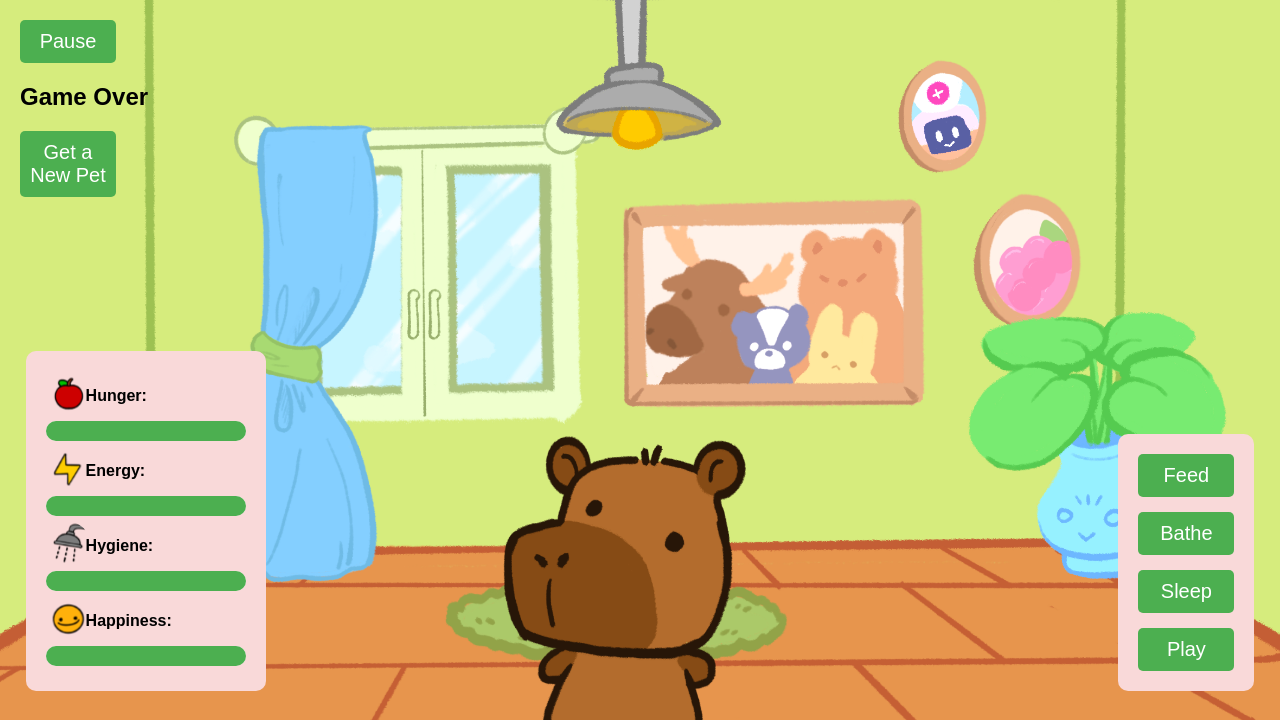
Repository: sarahjx/CapyCare
Page: html/index.html
An editor plug-in stored every save of this project. The page is shown before and after the next save, followed by the edit.
The browser window is 1280 px wide. The pictures show the whole page.
Some web fonts or font styles are not loaded; a fallback is used.

Above is the page before, as saved 2025-05-01 14:37:12.
Console error: TypeError: Cannot set properties of null (setting 'innerText')

### html/index.html
<!-- @format -->

<!DOCTYPE html>
<html lang="en">
  <head>
    <meta charset="UTF-8" />
    <meta name="viewport" content="width=device-width, initial-scale=1.0" />
    <title>Virtual Pet Game</title>
    <link rel="preconnect" href="https://fonts.googleapis.com">
    <link rel="preconnect" href="https://fonts.gstatic.com" crossorigin>
    <link href="https://fonts.googleapis.com/css2?family=McLaren&display=swap" rel="stylesheet">
    <link rel="stylesheet" href="../css/statusbar.css" />
  </head>
  <body>

    <div class="pet-container">
      <img class="pet-image" src="../images/capybara.png" alt="capybara" />
    </div>

    <div class="status-bar-container">

      <div class="status-bar">
        <div class="status-icon-container">
        <span class="hunger-icon"><img src="../images/hunger.svg" alt="hunger icon"></span>
        <span class="status-label">Hunger:</span>
        </div>
        <div class="status-progress">
          <div id="hunger-fill" class="status-fill"></div>
        </div>
        <div id="hunger-warning" class="warning"></div>
      </div>

      <div class="status-bar">
        <div class="status-icon-container">
        <span class="energy-icon"><img src="../images/energy.svg" alt="energy icon"></span>
        <span class="status-label">Energy:</span>
        </div>
        <div class="status-progress">
          <div id="energy-fill" class="status-fill"></div>
        </div>
        <div id="energy-warning" class="warning"></div>
      </div>

      <div class="status-bar">
        <div class="status-icon-container">
        <span class="hygiene-icon"><img src="../images/hygiene.svg" alt="hygiene icon"></span>
        <span class="status-label">Hygiene:</span>
        </div>
        <div class="status-progress">
          <div id="hygiene-fill" class="status-fill"></div>
        </div>
        <div id="hygiene-warning" class="warning"></div>
      </div>

      <div class="status-bar">
        <div class="status-icon-container">
        <span class="happiness-icon"><img src="../images/happiness.svg" alt="hygiene icon"></span>
        <span class="status-label">Happiness:</span>
        </div>
        <div class="status-progress">
          <div id="happiness-fill" class="status-fill"></div>
        </div>
        <div id="happiness-warning" class="warning"></div>
      </div>
    </div>

      <div class="action-buttons">
        <button onclick="feedPet(currentPet)">Feed</button>
        <button onclick="bathePet(currentPet)">Bathe</button>
        <button onclick="bedtime(currentPet)">Sleep</button>
        <button onclick="touchPet(currentPet)">Play</button>
      </div>
      <button id="pauseButton" onclick="togglePause()" class="pause-button">
        Pause
      </button>
    </div>

    <div id="gameOverScreen" class="game-over-screen">
      <div class="game-over-content">
        <h2>Game Over</h2>
        <p id="gameOverMessage"></p>
        <button onclick="resetGame()">Get a New Pet</button>
      </div>
    </div>

    <script src="../backend/status.js"></script>
  </body>
</html>

### css/statusbar.css
/** @format */

:root {
  --primary-color: #f9d9d9;
  --secondary-color: #d9e7f9;
  --tertiary-color: #fff1fb;
  --accent-color: #f7efd7;
  --text-color: #333;
  --spacing-xs: 0.5rem;
  --spacing-sm: 0.75rem;
  --spacing-md: 1rem;
  --spacing-lg: 1.5rem;
  --spacing-xl: 2rem;
  --spacing-xxl: 3rem;
  --font-family: "McLaren", sans-serif;
  --font-size-xs: 0.75rem;
  --font-size-sm: 0.875rem;
  --font-size-md: 1rem;
  --font-size-lg: 1.125rem;
  --font-size-xl: 1.25rem;
  --font-size-xxl: 1.5rem;
}

body {
  font-family: var(--font-family);
  margin: 0 auto;
  padding: 20px;
  background-image: url("../images/room.png");
  background-size: cover;
  background-repeat: no-repeat;
  background-attachment: fixed;
  background-position: center;
}

.pet-container {
  display: flex;
  flex-direction: column;
  align-items: center;
  justify-content: center;
}

.pet-image {
  transform: scale(0.3);
  position: fixed;
  margin-top: 1200px;
}

.status-bar-container {
  position: fixed;
  background-color: var(--primary-color);
  padding: 20px;
  border-radius: 10px;
  display: inline-flex;
  flex-direction: column;
  bottom: 4%;
  left: 2%;
}

.status-icon-container {
  display: flex;
  align-items: center;
  margin-bottom: 0;
}

.hunger-icon,
.energy-icon,
.happiness-icon,
.hygiene-icon {
  width: 10px;
  height: auto;
  margin-right: 30px;
}

.status-bar {
  margin: 0;
}

.status-label {
  display: inline-block;
  width: 100px;
  font-weight: bold;
  margin: 0;
}

.status-progress {
  width: 200px;
  height: 20px;
  background-color: #ffffff;
  border-radius: 10px;
  overflow: hidden;
  position: relative;
}

.status-fill {
  height: 100%;
  width: 100%;
  position: absolute;
  left: 0;
  top: 0;
  background-color: #4caf50;
  transition: width 0.3s ease;
}

.status-row {
  display: flex;
  align-items: center;
  gap: 10px;
  margin-bottom: 10px;
}

.status-icon {
  width: 24px;
  height: 24px;
}

.status-value {
  min-width: 50px;
  text-align: right;
  font-weight: bold;
  color: #333;
}

.action-buttons {
  margin-top: 20px;
  display: inline-flex;
  flex-direction: column;
  padding: 20px;
  border-radius: 10px;
  gap: 15px;
  background-color: var(--primary-color);
  position: fixed;
  right: 2%;
  bottom: 4%;
}

button {
  padding: 10px;
  border: none;
  border-radius: 5px;
  background-color: #4caf50;
  color: white;
  cursor: pointer;
  transition: background-color 0.3s;
  width: 6rem;
  font-family: var(--font-family);
  font-weight: 7pt;
  font-size: var(--font-size-xl);
}

button:hover {
  background-color: #45a049;
}

.warning {
  color: #ff9800;
  font-weight: bold;
  margin-top: 5px;
}

.critical {
  color: #f44336;
  font-weight: bold;
  margin-top: 5px;
}

.hidden {
  display: none;
}

.game-over-screen {
  display: hidden;
  position: fixed;

}

### backend/status.js
/** @format */

function Personality(favFood, active, clean, clingy, foodLover, introText) {
  this.favFood = favFood;
  this.active = active;
  this.clean = clean;
  this.clingy = clingy;
  this.foodLover = foodLover;
  this.intro = introText;
}

const mix1 = new Personality(
  "Sunfruit",
  true,
  true,
  true,
  true,
  "This pet is energetic and playful, always ready to explore or play. They love the taste of Sunfruit and will happily eat it when offered, but they'll need constant attention, so expect lots of petting and cuddling. Despite their active nature, they stay clean and are easy to bathe. This pet loves affection and will return it in kind!"
);
const mix2 = new Personality(
  "Snakberry",
  true,
  true,
  false,
  true,
  "This pet is full of energy and loves to make the most of their days. They are particularly fond of Snakberries, which they will devour happily, but they tend to get hungry more often due to their high energy levels. Despite their active nature, they keep themselves clean and are easy to bathe. They're not overly clingy, so while they'll happily spend time with you, they won't be demanding affection constantly."
);
const mix3 = new Personality(
  "Dreamleaf",
  false,
  false,
  true,
  false,
  "This pet is laid-back and enjoys spending time with you, always seeking your company. They love Dreamleaf as a treat, but they're not particularly food-driven and don't get hungry as often. While they may get a little dirty from time to time, they tend to move around when you try to bathe them. Expect them to seek out your attention frequently, and be ready to shower them with love when they come to you for pets."
);

const personalities = [mix1, mix2, mix3];

// Global variables
let currentPet = null;
let hunger = 100;
let energy = 100;
let hygiene = 100;
let happiness = 100;
let isGameOver = false;
let isPaused = false;

// Store interval IDs globally
let hungerInterval = null;
let energyInterval = null;
let hygieneInterval = null;
let happinessInterval = null;

// Initialize the game
function initializeGame() {
  currentPet = getRandomPersonality();
  hunger = 100;
  energy = 100;
  hygiene = 100;
  happiness = 100;
  updateStatusBars();
  updateIntervals();
}

function getRandomPersonality() {
  const randomIndex = Math.floor(Math.random() * personalities.length);
  currentPet = personalities[randomIndex];
  console.log("New pet initialized:", currentPet.intro);
  return currentPet;
}

// Personality-based status decrease functions
function decreaseHunger() {
  if (!currentPet || isGameOver) return;
  const decreaseAmount = currentPet.foodLover ? 15 : 10;
  hunger = Math.max(0, hunger - decreaseAmount);
  updateStatusBars();
  if (hunger === 0 && checkGameOver()) return;
}

function decreaseEnergy() {
  if (!currentPet || isGameOver) return;
  const decreaseAmount = currentPet.active ? 15 : 10;
  energy = Math.max(0, energy - decreaseAmount);
  updateStatusBars();
  if (energy === 0 && checkGameOver()) return;
}

function decreaseHygiene() {
  if (!currentPet || isGameOver) return;
  const decreaseAmount = currentPet.clean ? 8 : 12;
  hygiene = Math.max(0, hygiene - decreaseAmount);
  updateStatusBars();
  if (hygiene === 0 && checkGameOver()) return;
}

function decreaseHappiness() {
  if (!currentPet || isGameOver) return;
  const decreaseAmount = currentPet.clingy ? 15 : 10;
  happiness = Math.max(0, happiness - decreaseAmount);
  updateStatusBars();
  if (happiness === 0 && checkGameOver()) return;
}

// Update intervals with personality-based timing
function updateIntervals() {
  // Clear any existing intervals
  if (hungerInterval) clearInterval(hungerInterval);
  if (energyInterval) clearInterval(energyInterval);
  if (hygieneInterval) clearInterval(hygieneInterval);
  if (happinessInterval) clearInterval(happinessInterval);

  // Set new intervals based on personality
  hungerInterval = setInterval(
    () => {
      decreaseHunger();
      warning();
    },
    currentPet.foodLover ? 6000 : 8000
  );

  energyInterval = setInterval(
    () => {
      decreaseEnergy();
      warning();
    },
    currentPet.active ? 8000 : 12000
  );

  hygieneInterval = setInterval(
    () => {
      decreaseHygiene();
      warning();
    },
    currentPet.clean ? 18000 : 15000
  );

  happinessInterval = setInterval(
    () => {
      decreaseHappiness();
      warning();
    },
    currentPet.clingy ? 8000 : 10000
  );

  console.log("Intervals updated for pet:", currentPet.intro);
}

// Pause game function
function pauseGame() {
  if (hungerInterval) clearInterval(hungerInterval);
  if (energyInterval) clearInterval(energyInterval);
  if (hygieneInterval) clearInterval(hygieneInterval);
  if (happinessInterval) clearInterval(happinessInterval);
  console.log("Game paused");
}

// Resume game function
function resumeGame() {
  updateIntervals();
  console.log("Game resumed");
}

function touchPet(personality) {
  if (personality.clingy) {
    gainStatus("happiness");
    console.log("Your pet loves the attention!");
  } else {
    loseStatus("happiness");
    console.log("Your pet prefers their space.");
  }
}

function feedPet(personality) {
  gainStatus("hunger"); // Always increase hunger
  if (personality.foodLover) {
    gainStatus("happiness");
    console.log("Your pet loves the food!");
  } else {
    loseStatus("happiness");
    console.log("Your pet isn't very interested in food.");
  }
}

function bathePet(personality) {
  gainStatus("hygiene"); // Always increase hygiene
  if (personality.clean) {
    gainStatus("happiness");
    console.log("Your pet enjoys being clean!");
  } else {
    loseStatus("happiness");
    console.log("Your pet doesn't like baths.");
  }
}

function bedtime(personality) {
  const petImage = document.querySelector(".pet-image");
  if (petImage) {
    // Store the current image to return to
    const currentImage = petImage.src;

    // Show sleeping animation
    petImage.src = "../images/Sleep.PNG";

    // After 3 seconds, restore the previous state
    setTimeout(() => {
      updatePetImage();
    }, 3000);
  }

  gainStatus("energy"); // Always increase energy
  if (personality.active) {
    loseStatus("happiness");
    console.log("Your pet is too energetic to sleep!");
  } else {
    gainStatus("happiness");
    console.log("Your pet enjoys resting.");
  }
}

function gainStatus(category) {
  switch (category) {
    case "hunger":
      if (hunger >= 100) {
        console.log("Hunger is full!");
      } else if (hunger < 100) {
        hunger += 10;
        console.log("Hunger: " + hunger);
      }
      break;
    case "energy":
      if (energy >= 100) {
        console.log("Energy is full!");
      } else if (energy < 100) {
        energy += 10;
        console.log("Energy: " + energy);
      }
      break;
    case "hygiene":
      if (hygiene >= 100) {
        console.log("Hygiene is full!");
      } else if (hygiene < 100) {
        hygiene += 10;
        console.log("Hygiene: " + hygiene);
      }
      break;
    case "happiness":
      if (happiness >= 100) {
        console.log("Happiness is full!");
      } else if (happiness < 100) {
        happiness += 10;
        console.log("Happiness: " + happiness);
      }
      break;
    default:
      console.log("Invalid category");
  }
}

function loseStatus(category) {
  switch (category) {
    case "hunger":
      if (hunger <= 0) {
        console.log("Hunger is empty!");
        hunger = 0;
      } else if (hunger > 0) {
        hunger -= 10;
        console.log("Hunger: " + hunger);
      }
      break;
    case "energy":
      if (energy <= 0) {
        console.log("Energy is empty!");
        energy = 0;
      } else if (energy > 0) {
        energy -= 10;
        console.log("Energy: " + energy);
      }
      break;
    case "hygiene":
      if (hygiene <= 0) {
        console.log("Hygiene is empty!");
        hygiene = 0;
      } else if (hygiene > 0) {
        hygiene -= 10;
        console.log("Hygiene: " + hygiene);
      }
      break;
    case "happiness":
      if (happiness <= 0) {
        console.log("Happiness is empty!");
        happiness = 0;
      } else if (happiness > 0) {
        happiness -= 3;
        console.log("Happiness: " + happiness);
      }
      break;
    default:
      console.log("Invalid category");
  }
}

function warning() {
  // Hunger warnings
  if (hunger <= 50 && hunger > 20) {
    document.getElementById("hunger-warning").textContent =
      "Your pet is getting hungry!";
    document.getElementById("hunger-warning").className = "warning";
  } else if (hunger <= 20 && hunger > 0) {
    document.getElementById("hunger-warning").textContent =
      "Your pet is starving!";
    document.getElementById("hunger-warning").className = "critical";
  } else {
    document.getElementById("hunger-warning").textContent = "";
  }

  // Energy warnings
  if (energy <= 50 && energy > 20) {
    document.getElementById("energy-warning").textContent =
      "Your pet is getting tired!";
    document.getElementById("energy-warning").className = "warning";
  } else if (energy <= 20 && energy > 0) {
    document.getElementById("energy-warning").textContent =
      "Your pet is exhausted!";
    document.getElementById("energy-warning").className = "critical";
  } else {
    document.getElementById("energy-warning").textContent = "";
  }

  // Hygiene warnings
  if (hygiene <= 50 && hygiene > 20) {
    document.getElementById("hygiene-warning").textContent =
      "Your pet needs a bath!";
    document.getElementById("hygiene-warning").className = "warning";
  } else if (hygiene <= 20 && hygiene > 0) {
    document.getElementById("hygiene-warning").textContent =
      "Your pet is filthy!";
    document.getElementById("hygiene-warning").className = "critical";
  } else {
    document.getElementById("hygiene-warning").textContent = "";
  }

  // Happiness warnings
  if (happiness <= 50 && happiness > 20) {
    document.getElementById("happiness-warning").textContent =
      "Your pet is getting sad!";
    document.getElementById("happiness-warning").className = "warning";
  } else if (happiness <= 20 && happiness > 0) {
    document.getElementById("happiness-warning").textContent =
      "Your pet is depressed!";
    document.getElementById("happiness-warning").className = "critical";
  } else {
    document.getElementById("happiness-warning").textContent = "";
  }
}

function checkGameOver() {
  if (hunger <= 0 || energy <= 0 || hygiene <= 0 || happiness <= 0) {
    isGameOver = true;
    pauseGame();
    showGameOver();
    return true;
  }
  return false;
}

function showGameOver() {
  let reason = "";
  if (hunger <= 0) reason = "Your pet starved to death!";
  else if (energy <= 0) reason = "Your pet died from exhaustion!";
  else if (hygiene <= 0) reason = "Your pet died from poor hygiene!";
  else if (happiness <= 0) reason = "Your pet died from sadness!";

  console.log("GAME OVER: " + reason);
  document.getElementById("gameOverMessage").textContent = reason;
  document.getElementById("gameOverScreen").style.display = "flex";
}

function resetGame() {
  isGameOver = false;
  hunger = 100;
  energy = 100;
  hygiene = 100;
  happiness = 100;
  document.getElementById("gameOverScreen").style.display = "none";
  currentPet = getRandomPersonality();
  updateStatusBars();
  updateIntervals();
}

function togglePause() {
  isPaused = !isPaused;
  const pauseButton = document.getElementById("pauseButton");
  const buttons = document.querySelectorAll(
    ".buttons button:not(#pauseButton)"
  );

  if (isPaused) {
    pauseButton.textContent = "Resume";
    pauseButton.classList.add("paused");
    buttons.forEach((button) => (button.disabled = true));
    pauseGame();
  } else {
    pauseButton.textContent = "Pause";
    pauseButton.classList.remove("paused");
    buttons.forEach((button) => (button.disabled = false));
    resumeGame();
  }
}

// Update status bars
function updateStatusBars() {
  // Update the width of each status bar
  document.getElementById("hunger-fill").style.width = hunger + "%";
  document.getElementById("energy-fill").style.width = energy + "%";
  document.getElementById("happiness-fill").style.width = happiness + "%";
  document.getElementById("hygiene-fill").style.width = hygiene + "%";

  // Update pet image based on status
  updatePetImage();
}

// Override console.log to update UI
const originalConsoleLog = console.log;
console.log = function () {
  originalConsoleLog.apply(console, arguments);
  updateStatusBars();
};

// Simple toggle function
function toggleActions() {
  document.getElementById("action-buttons-column").classList.toggle("hidden");
  document.getElementById("toggle-button").classList.toggle("hidden");
}

// Initialize the game when the page loads
window.addEventListener("load", function () {
  initializeGame();
  // Update status bars every second
  setInterval(updateStatusBars, 1000);
});

// stopwatch

let [hours, minutes, seconds] = [0, 0, 0];
let timer = null;

function updateDisplay() {
  document.getElementById("display").innerText =
    `${String(hours).padStart(2, "0")}:` +
    `${String(minutes).padStart(2, "0")}:` +
    `${String(seconds).padStart(2, "0")}`;
}

function stopwatch() {
  seconds++;
  if (seconds === 60) {
    seconds = 0;
    minutes++;
    if (minutes === 60) {
      minutes = 0;
      hours++;
    }
  }
  updateDisplay();
}

function start() {
  if (timer !== null) return;
  timer = setInterval(stopwatch, 1000);
}

function stop() {
  clearInterval(timer);
  timer = null;
}

function reset() {
  stop();
  [hours, minutes, seconds] = [0, 0, 0];
  updateDisplay();
}

updateDisplay();

function updatePetImage() {
  const petImage = document.querySelector(".pet-image");
  if (!petImage) return;

  // Check if any status is 0 (dead)
  if (hunger <= 0 || energy <= 0 || hygiene <= 0 || happiness <= 0) {
    petImage.src = "../images/Fuckingdead.PNG";
    return;
  }

  // Check for multiple states
  if (hunger <= 60 && hygiene <= 60 && energy <= 60) {
    petImage.src = "../images/Dirty:Hungry:Tired.PNG";
  } else if (hunger <= 60 && hygiene <= 60) {
    petImage.src = "../images/Dirty:hungry.PNG";
  } else if (hunger <= 60 && energy <= 60) {
    petImage.src = "../images/Hungry:Tired.PNG";
  } else if (hygiene <= 60 && energy <= 60) {
    petImage.src = "../images/Dirty:Tired.PNG";
  } else if (energy <= 60) {
    petImage.src = "../images/Sleepy.PNG";
  } else if (hunger <= 60) {
    petImage.src = "../images/Hungry.PNG";
  } else if (hygiene <= 60) {
    petImage.src = "../images/Dirty.PNG";
  } else {
    petImage.src = "../images/Idle.PNG";
  }
}

After the next save:
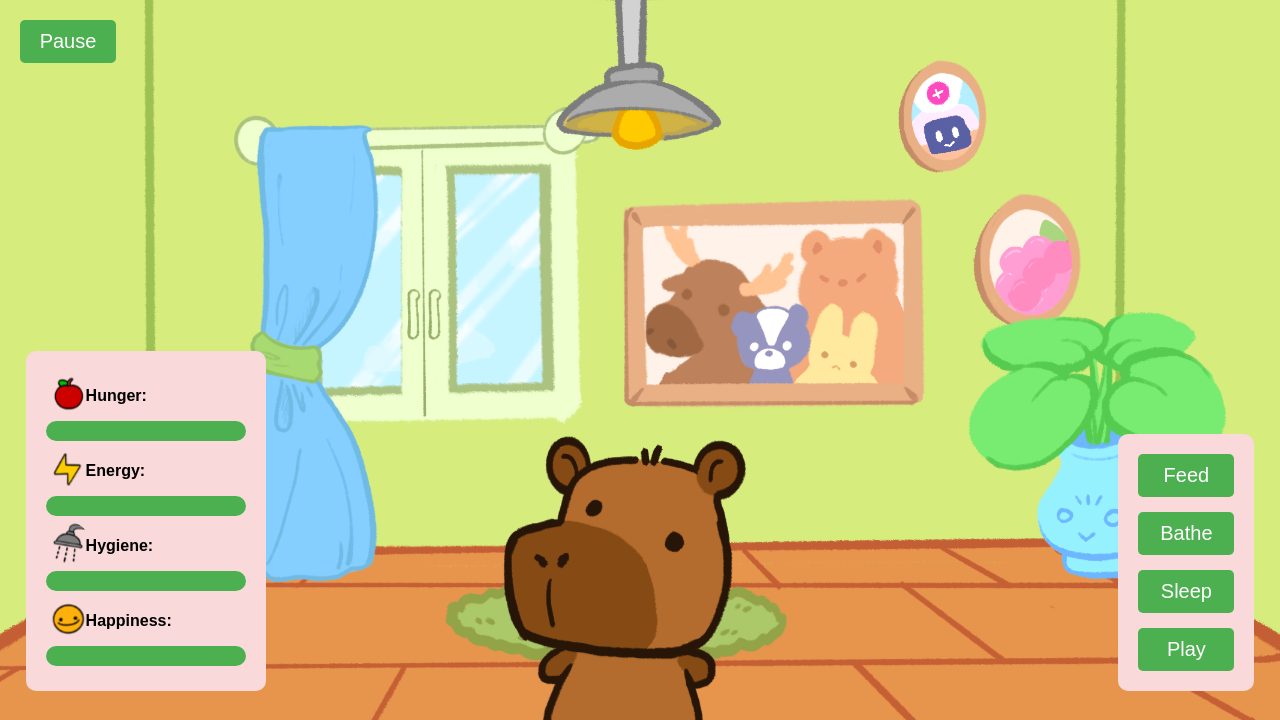
Saved 8 s later.
--- a/css/statusbar.css
+++ b/css/statusbar.css
@@ -168,7 +168,7 @@
 }
 
 .game-over-screen {
-  display: hidden;
+  display: none;
   position: fixed;
 
 }

After the 2 saves that followed:
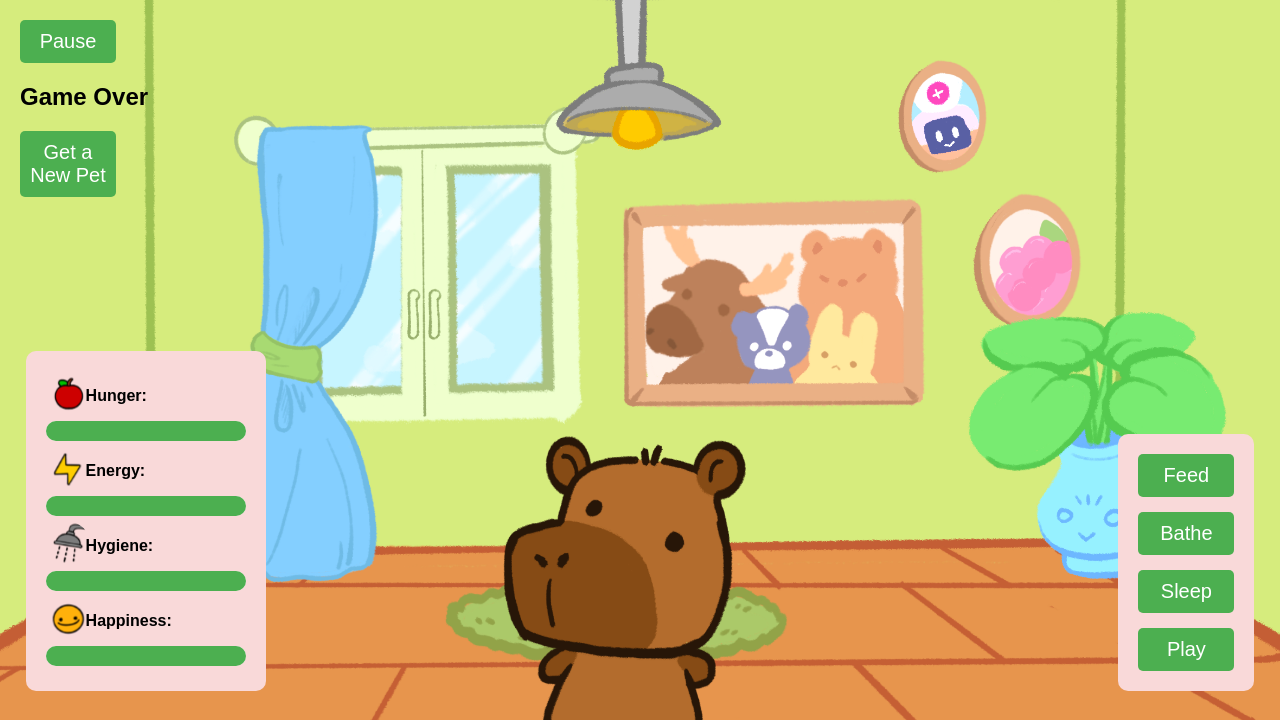
The 2 saves are shown as one change because they came seconds apart.
The last was saved 10 s later.
--- a/css/statusbar.css
+++ b/css/statusbar.css
@@ -168,7 +168,8 @@
 }
 
 .game-over-screen {
-  display: none;
+  /* display: none; */
   position: fixed;
 
+
 }
